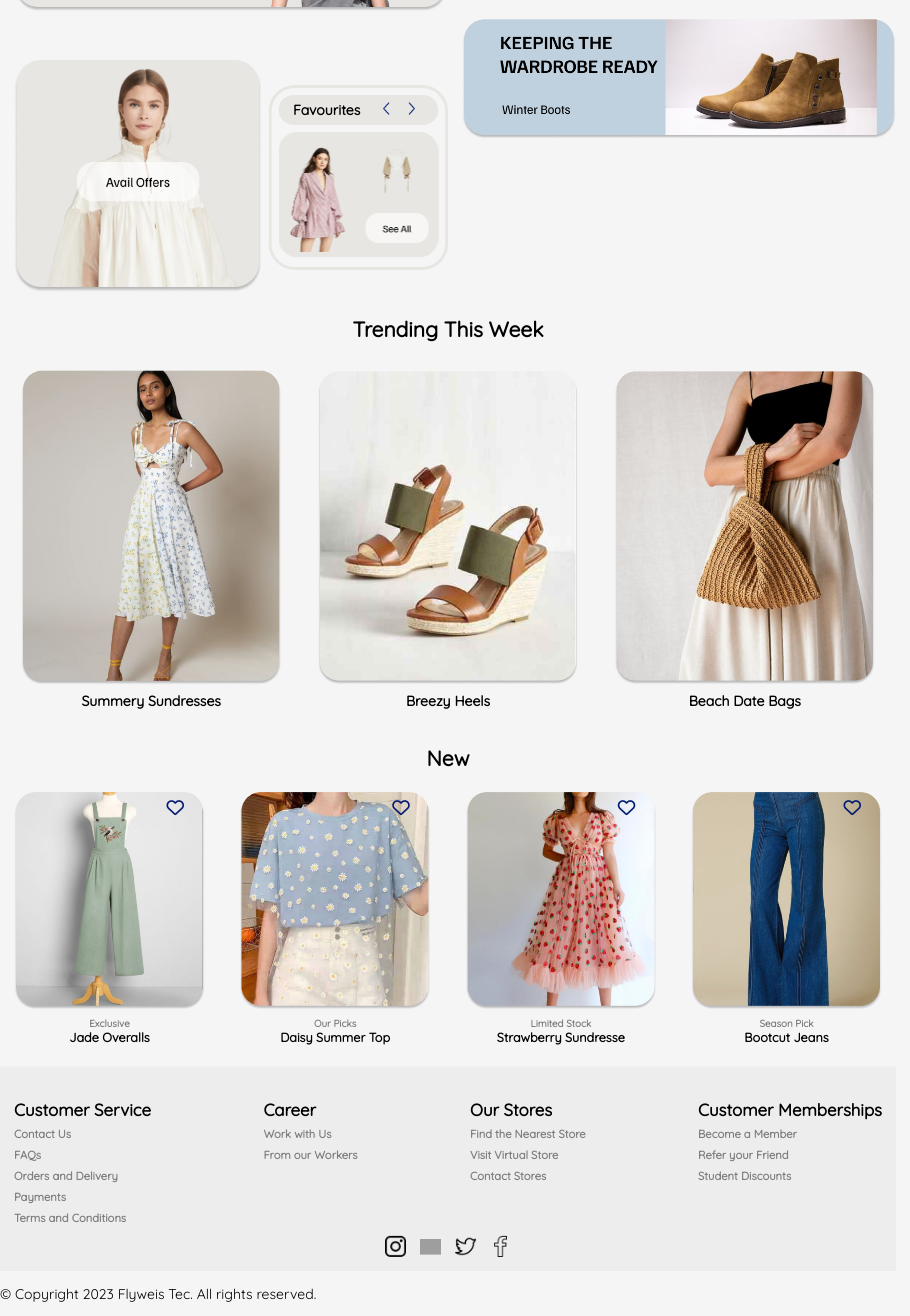
Repository: FlyweisReact/Jaspal
Page: /homepage
An editor plug-in stored every save of this project. The page is shown before and after a run of saves, followed by the edit.
The browser window is 1280 px wide. The page is 1300 px wide, so the pictures cover 1300 px, including what lies to the right of the window. The pictures show the part of the page from y = 702 to 2582 px (the page is 2582 px tall before and 2569 px after), at 70% of full size.
Pictures or frames that could not be fetched are drawn as grey boxes. Some web libraries are served in a nearby version. The project was rebuilt for these pictures with package versions that can differ from the ones it lists, and the page was loaded fresh each time. Also part of the build but not shown: src/Pages/Login/Login.js.

Above is the page before, as saved 2023-08-19 12:32:53.

### public/index.html
<!-- @format -->

<!DOCTYPE html>
<html lang="en">
  <head>
    <meta charset="utf-8" />
    <link rel="icon" href="%PUBLIC_URL%/favicon.ico" />
    <meta name="viewport" content="width=device-width, initial-scale=1" />
    <meta name="theme-color" content="#000000" />
    <meta
      name="description"
      content="Web site created using create-react-app"
    />
    <link rel="apple-touch-icon" href="%PUBLIC_URL%/logo192.png" />
    <link rel="manifest" href="%PUBLIC_URL%/manifest.json" />
    <link rel="preconnect" href="https://fonts.googleapis.com">
    <link rel="preconnect" href="https://fonts.gstatic.com" crossorigin>
    <link href="https://fonts.googleapis.com/css2?family=Quicksand&display=swap" rel="stylesheet">
    <title>React App</title>
  </head>
  <body>
    <noscript>You need to enable JavaScript to run this app.</noscript>
    <div id="root"></div>
    <script src="https://kit.fontawesome.com/b533b351e4.js" crossorigin="anonymous"></script>
  </body>
</html>

### src/index.js
import React from 'react';
import ReactDOM from 'react-dom/client';
import './index.css';
import App from './App';
import "slick-carousel/slick/slick.css";
import "slick-carousel/slick/slick-theme.css";

const root = ReactDOM.createRoot(document.getElementById('root'));
root.render(
  <React.StrictMode>
    <App />
  </React.StrictMode>
);

### src/index.css
/** @format */

body {
  margin: 0;
  font-family: Quicksand !important;
  -webkit-font-smoothing: antialiased;
  -moz-osx-font-smoothing: grayscale;
  background-color: #F5F5F5;
}

code {
  font-family: Quicksand !important;
}

html {
  font-family: Quicksand !important;
}

### src/App.js
/** @format */

import React from "react";
import { BrowserRouter, Route, Routes } from "react-router-dom";
import Login from "./Pages/Login/Login";
import Homepage from "./Pages/Homepage/Homepage";
import Footer from "./Navbar/Footer";
import Navbar from "./Navbar/Navbar";


// CSS
import "./CSS/Normal.css";
import "./CSS/Navbar.css";
import './CSS/Footer.css'
import Copyright from "./Component/copyright/Copyright";
const App = () => {
  return (
    <>
      <BrowserRouter>
        <Navbar />
        <Routes>
          <Route path="/" element={<Login />} />
          <Route path="/homepage" element={<Homepage />} />
        </Routes>
        <Footer />
        <Copyright />
      </BrowserRouter>
    </>
  );
};

export default App;

### src/Pages/Homepage/Homepage.js
/** @format */

import React from "react";
import Filter from "../../Component/Homecomp/Filter";
import FullWidthProduct from "../../Component/Homecomp/FullWidthProduct";
import OfferProduct from "../../Component/Homecomp/OfferProduct";
import TrendingProduct from "../../Component/Homecomp/TrendingProduct";

const Homepage = () => {
  return (
    <div className="Home-Page">
      <Filter />
      <OfferProduct />
      <p className="Heading-all">Trending This Week</p>
      <TrendingProduct />
      <p className="Heading-all">New</p>
      <FullWidthProduct />
    </div>
  );
};

export default Homepage;

### src/Navbar/Footer.js
/** @format */

import React from "react";

const Footer = () => {
  return (
    <div className="Footer-Div">
      <div className="container">
        <ul className="four-cont">
          <ul>
            <li className="head">Customer Service</li>
            <li>Contact Us</li>
            <li>FAQs</li>
            <li>Orders and Delivery</li>
            <li>Payments</li>
            <li>Terms and Conditions</li>
          </ul>
          <ul>
            <li className="head">Career</li>
            <li>Work with Us</li>
            <li>From our Workers</li>
          </ul>
          <ul>
            <li className="head">Our Stores</li>
            <li>Find the Nearest Store</li>
            <li>Visit Virtual Store</li>
            <li>Contact Stores</li>
          </ul>
          <ul>
            <li className="head">Customer Memberships</li>
            <li>Become a Member</li>
            <li>Refer your Friend</li>
            <li>Student Discounts</li>
          </ul>
        </ul>

        <div className="social-links">
          <img src="/Image/20.png" alt="" />
          <img src="/Image/21.png" alt="" />
          <img src="/Image/22.png" alt="" />
          <img src="/Image/23.png" alt="" />
        </div>
      </div>
    </div>
  );
};

export default Footer;

### src/Navbar/Navbar.js
/** @format */

import React from "react";

const Navbar = () => {
  return (
    <div className="Navbar">
      <div className="logo">BRAND LOGO</div>

      <div className="container">
        <i className="fa-solid fa-bars"></i>

        <div className="search-bar">
          <input type="search" placeholder="Search" />
          <i className="fa-solid fa-magnifying-glass"></i>
        </div>

       <div className="Right-Container">
       <div className="Item Item1">
          <i class="fa-regular fa-bell"></i>
        </div>

        <div className="Item Item2">
          <i className="fa-solid fa-cart-shopping"></i>
          <p>Cart</p>
        </div>

        <div className="Item Item3">
        <img src='/Image/3.png' alt='' />
          <p>Hi, AXY!</p>
        </div>

       </div>
      </div>
    </div>
  );
};

export default Navbar;

### src/CSS/Normal.css
/**
 * Login Page
 *
 * @format
 */

.Login-Page {
  min-height: 100vh;
  background-image: url("../../public/Image/1.png");
  width: 100%;
  background-position: center;
  background-repeat: no-repeat;
  background-size: cover;
  position: relative;
}
.Login-Page .Login-Div {
  max-width: 600px;
  width: 100%;
  display: block;
  margin: auto;
  position: absolute;
  top: 50%;
  left: 50%;
  transform: translate(-50%, -50%);
}
.Login-Page .Login-Div .logo {
  color: #000;
  font-size: 30px;
  font-style: normal;
  font-weight: 700;
  line-height: normal;
  margin: 0;
  text-align: center;
  margin-bottom: 10px;
}

.Login-Page .Login-Div .container {
  border-radius: 16px;
  background: #fff;
  padding: 16px;
}
.Login-Page .Login-Div .container .head {
  color: #000;
  font-size: 25px;
  font-style: normal;
  font-weight: 700;
  text-align: center;
  line-height: normal;
}
.Login-Page .Login-Div .container input {
  max-width: 400px;
  width: 100%;
  display: block;
  margin: auto;
  padding: 10px;
  border-radius: 8px;
  border: 1px solid #b9b9b9;
  outline: none;
  font-size: 16px;
  font-family: Quicksand;
  background: #fff;
  box-shadow: 8px 4px 20px 0px rgba(0, 0, 0, 0.3);
  margin-top: 20px;
}

.Login-Page .Login-Div .container .forget-password {
  max-width: 400px;
  width: 100%;
  text-align: right;
  display: block;
  margin: auto;
  margin-top: 10px;
  color: #f00;
  font-weight: 600;
  cursor: pointer;
}

.Login-Page .Login-Div .container .login-button {
  max-width: 400px;
  width: 100%;
  border-radius: 8px;
  border: 1px solid #b9b9b9;
  background: #cbc273;
  padding: 10px;
  display: block;
  margin: auto;
  margin-top: 40px;
  font-family: Quicksand;
  color: #f5f5f5;
  font-size: 20px;
  font-weight: bold;
  cursor: pointer;
  box-shadow: 8px 4px 20px 0px rgba(0, 0, 0, 0.3);
}
.Login-Page .Login-Div .container .signup-button {
  max-width: 400px;
  width: 100%;
  border-radius: 8px;
  padding: 10px;
  display: block;
  margin: auto;
  margin-top: 10px;
  font-family: Quicksand;
  color: #cbc273;
  font-size: 20px;
  font-weight: bold;
  cursor: pointer;
  border: none;
  background-color: transparent;
}

.Login-Page .Login-Div .container .three-img {
  display: flex;
  justify-content: center;
  align-items: center;
  gap: 20px;
  margin-bottom: 40px;
}

.Filter-Category {
  display: flex;
  justify-content: space-between;
  align-items: center;
  padding: 20px;
  max-width: 1400px;
  margin: auto;
}
.Filter-Category .center {
  width: 40%;
  display: flex;
  justify-content: flex-end;
  gap: 20px;
}
.Filter-Category .center button {
  display: flex;
  width: 120px;
  justify-content: center;
  align-items: center;
  gap: 10px;
  border: 1px solid #b9b9b9;
  border-radius: 10px;
  background: #b9b9b9;
  gap: 10px;
  padding: 10px;
  color: #fff;
  cursor: pointer;
}
.Filter-Category .center button.active {
  background-color: #cbc273;
  border: 1px solid #cbc273;
}
.Filter-Category .center button img {
  width: 20px;
  height: 20px;
}
.Filter-Category .center button svg {
  font-size: 20px;
}
.Filter-Category .center button i {
  font-size: 20px;
}
.Filter-Category .center button span {
  color: #f5f5f5;
  text-align: center;
  font-family: Quicksand;
  font-size: 18px;
  font-style: normal;
  font-weight: 600;
  line-height: normal;
}

.Filter-Category .right {
  width: 10%;
  display: flex;
  justify-content: flex-end;
  gap: 20px;
}
.Filter-Category .right button {
  display: flex;
  min-width: 150px;
  max-width: 180px;

  justify-content: center;
  align-items: center;
  gap: 10px;
  border-radius: 10px;
  gap: 10px;
  padding: 10px;
  color: #fff;
  cursor: pointer;
  background-color: #cbc273;
  border: 1px solid #cbc273;
}

.Filter-Category .right button i {
  font-size: 20px;
}
.Filter-Category .right button span {
  color: #f5f5f5;
  text-align: center;
  font-family: Quicksand;
  font-size: 18px;
  font-style: normal;
  font-weight: 600;
  line-height: normal;
}

.offer-products {
  display: flex;
  justify-content: space-between;
  padding: 20px;
  max-width: 1400px;
  margin: auto;
}
.offer-products .left-container {
  width: 50%;
}
.offer-products .left-container .img-container {
  width: 100%;
  height: 267px;
  background-image: url("../../public/Image/4.png");
  background-size: contain;
  background-repeat: no-repeat;
  border-radius: 50px;
}
.offer-products .left-container .img-container h5 {
  color: #000;
  text-align: center;
  font-family: Quicksand;
  font-size: 28px;
  font-style: normal;
  font-weight: bold;
  line-height: normal;
  margin: 0;
  padding-top: 40px;
  margin-bottom: 20px;
}
.offer-products .left-container .img-container button {
  width: 150px;
  padding: 10px;
  color: #8d8d8d;
  text-align: center;
  font-family: Quicksand;
  font-size: 20px;
  font-style: normal;
  font-weight: 600;
  line-height: normal;
  background-color: #fff;
  border: 1px solid #fff;
  border-radius: 50px;
  display: block;
  margin: auto;
}

.offer-products .left-container .img-container-2 {
  background-image: url("../../public/Image/5.png");
}

.offer-products .left-container .img-container-2 h5 {
  text-align: left;
  color: #7e7e7e;
  padding-left: 40px;
}
.offer-products .left-container .img-container-2 button {
  margin-left: 40px;
}

.offer-products .left-container .two-sec {
  display: flex;
  justify-content: space-between;
  align-items: center;
  gap: 10px;
}
.offer-products .left-container .two-sec .left {
  max-width: 365px;
}
.offer-products .left-container .two-sec .left img {
  max-width: 100%;
}
.offer-products .left-container .two-sec .right {
  border-radius: 37px;
  border: 4px solid #e7e6e2;
  background: rgba(217, 217, 217, 0);
  width: 40%;
}

.Favorite-slider {
  padding: 10px;
}
.Favorite-slider .Prev-Next_cont {
  width: 100%;
  margin-bottom: 10px;
  display: flex;
  background-color: #e7e6e2;
  border-radius: 50px;
  justify-content: space-evenly;
  align-items: center;
}
.Favorite-slider .Prev-Next_cont span {
  color: #000;
  text-align: center;
  font-size: 20px;
  font-style: normal;
  font-weight: 800;
  line-height: normal;
}
.Favorite-slider .Prev-Next_cont img {
  cursor: pointer;
}
.Fav-Slide {
  width: 100%;
}
.Fav-Slide .Main {
  width: 100%;
}
.Fav-Slide .Main img {
  width: 100%;
}
.Fav-Slide .slick-arrow {
  display: none !important;
}

.offer-products .right-container {
  width: 50%;
}

.offer-products .right-container .product-container {
  display: flex;
  justify-content: space-between;
  gap: 20px;
  align-items: flex-end;
  padding: 20px;
}
.offer-products .right-container .product-container .Main {
  background-color: #fff;
  width: 45%;
  padding: 10px;
  border-radius: 20px;
}
.offer-products .right-container .product-container .Main .fa-heart {
  display: flex;
  justify-content: flex-end;
  font-size: 20px;
  color: #001a72;
}
.offer-products .right-container .product-container .Main img {
  max-width: 100%;
  display: block;
  margin: auto;
}
.offer-products .right-container .product-container .Main .pick {
  color: #7e7e7e;
  font-size: 16px;
  font-style: normal;
  font-weight: 600;
  line-height: normal;
  margin: 0;
}
.offer-products .right-container .product-container .Main .desc {
  display: flex;
  justify-content: space-between;
  align-items: flex-start;
  gap: 10px;
}
.offer-products .right-container .product-container .Main .desc span {
  color: #000;
  font-size: 18px;
  font-style: normal;
  font-weight: 600;
  line-height: normal;
  max-width: 70%;
}
.offer-products .right-container .product-container .Main .desc button {
  max-width: 30%;
  width: 120px;
  border: 1px solid #cbc273;
  background-color: #cbc273;
  border-radius: 50px;
  color: #fff;
  text-align: center;
  font-size: 18px;
  padding: 10px;
  cursor: pointer;
  font-style: normal;
  font-weight: 600;
  font-family: Quicksand;
  line-height: normal;
}

.offer-products .right-container .img-container {
  width: 100%;
  padding: 20px;
}
.offer-products .right-container .img-container img {
  max-width: 100%;
  display: block;
  margin: auto;
}

.Heading-all {
  color: #000;
  text-align: center;
  font-size: 30px;
  font-style: normal;
  font-weight: 700;
  line-height: normal;
  margin: 0;
  padding: 10px;
}

.Trending-Product {
  padding: 20px;
  max-width: 1400px;
  margin: auto;
  display: flex;
  justify-content: space-between;
  align-items: center;
  flex-wrap: wrap;
}
.Trending-Product .Main {
  width: 30%;
  padding: 10px;
}
.Trending-Product .Main img {
  max-width: 100%;
  display: block;
  margin: auto;
}
.Trending-Product .Main p {
  color: #000;
  font-family: Inter;
  font-size: 20px;
  font-style: normal;
  font-weight: 700;
  padding: 10px;
  line-height: normal;
  text-align: center;
  font-family: Quicksand;
  margin: 0;
}

.full-width-product {
  padding: 20px;
  display: flex;
  max-width: 1400px;
  margin: auto;
  flex-wrap: wrap;
  align-items: center;
  gap: 20px;
  justify-content: space-between;
}
.full-width-product .Main {
  width: 22%;
}
.full-width-product .Main .img-container {
  width: 100%;
  position: relative;
}
.full-width-product .Main .img-container img {
  max-width: 100%;
  display: block;
  margin: auto;
}
.full-width-product .Main .img-container .fa-heart {
  position: absolute;
  top: 10px;
  right: 30px;
  font-size: 25px;
  color: #001a72;
  z-index: 2;
  cursor: pointer;
}

.full-width-product .Main .product-desc {
  padding: 10px;
}
.full-width-product .Main .product-desc p {
  margin: 0;
  text-align: center;
  max-width: 100%;
}
.full-width-product .Main .product-desc .light {
  color: #7e7e7e;
  font-size: 14px;
  font-style: normal;
  font-weight: 700;
  line-height: normal;
}
.full-width-product .Main .product-desc .title {
  color: #000;
  font-size: 18px;
  font-style: normal;
  font-weight: 700;
  line-height: normal;
}

### src/CSS/Navbar.css
/** @format */

.Navbar {
  padding: 10px;
  background-color: #fff;
}
.Navbar .logo {
  color: #000;
  font-size: 30px;
  font-style: normal;
  font-weight: 700;
  line-height: normal;
  text-align: center;
  max-width: 1400px;
  margin: auto;
}
.Navbar .container {
  display: flex;
  justify-content: space-between;
  padding: 20px;
  max-width: 1400px;
  margin: auto;
  align-items: center;
}
.Navbar .container .fa-bars {
  font-size: 25px;
  cursor: pointer;
  color: #8d8d8d;
  font-weight: bold;
}

.Navbar .container .search-bar {
  display: flex;
  width: 60%;
  border-radius: 24px;
  background: #fff;
  box-shadow: 12px 5px 65px 0px rgba(0, 0, 0, 0.18);
  justify-content: space-between;
  align-items: center;
  padding: 15px;
  padding-right: 20px;
}
.Navbar .container .search-bar input {
  width: 90%;
  border: none;
  outline: none;
  font-family: Quicksand;
  font-weight: 900;
}

.Navbar .container .Item {
  border-radius: 16px;
  background: #cbc273;
  display: flex;
  justify-content: center;
  align-items: center;
  min-width: 20px;
  gap: 10px;
  height: 50px;
  cursor: pointer;
}
.Navbar .container .Item i {
  color: #fff;
}
.Navbar .container .Item p {
  color: #fff;
  font-size: 16px;
  font-weight: 600;
}

.Navbar .container .Item2 {
  width: 120px;
  height: 50px;
}
.Navbar .container .Item1 {
  width: 50px;
}
.Navbar .container .Item3 {
  width: 150px;
  height: 50px;
}
.Navbar .container .Item img {
  width: 40px;
  height: 40px;
}
.Navbar .container .Right-Container {
  display: flex;
  gap: 10px;
}

### src/CSS/Footer.css
/** @format */

.Footer-Div {
  background: #ededed;
}
.Footer-Div .container {
  max-width: 1400px;
  margin: auto;
  padding: 20px;
}
.Footer-Div .container ul {
  padding-left: 0;
  list-style: none;
}
.Footer-Div .container ul li {
  padding-left: 0;
}
.Footer-Div .container ul li.head {
  color: #000;
  font-size: 24px;
  font-style: normal;
  font-weight: 600;
  line-height: normal;
}

.Footer-Div .container ul li {
  color: #7e7e7e;
  font-size: 16px;
  font-style: normal;
  font-weight: 700;
  line-height: normal;
  padding-top: 10px;
}
.Footer-Div .container .four-cont {
  display: flex;
  justify-content: space-between;
  gap: 20px;
  align-items: flex-start;
}
.Footer-Div .container .social-links {
  display: flex;
  justify-content: center;
  gap: 20px;
  align-items: center;
}
.Footer-Div .container .social-links img {
  width: 30px;
  cursor: pointer;
}

.copy-right {
  max-width: 1400px;
  margin: auto;
}
.copy-right p {
  color: #000;
  font-size: 20px;
  font-style: normal;
  font-weight: 400;
  line-height: normal;
}

### src/Component/copyright/Copyright.js
import React from 'react'

const Copyright = () => {
  return (
    <div className='copy-right'>
        <p>© Copyright 2023 Flyweis Tec. All rights reserved.</p>
    </div>
  )
}

export default Copyright

### src/Component/Homecomp/Filter.js
/** @format */

import React from "react";
import { BsGrid } from "react-icons/bs";

const Filter = () => {
  return (
    <div className="Filter-Category">
      <div className="left"></div>
      <div className="center">
        <button className="active">
          <BsGrid />
          <span>All</span>
        </button>
        <button>
          <i className="fa-solid fa-person-dress"></i>
          <span>Women</span>
        </button>
        <button>
          <i className="fa-solid fa-person"></i>
          <span>Women</span>
        </button>
        <button>
          <i className="fa-solid fa-child"></i>
          <span>Kids</span>
        </button>
      </div>
      <div className="right">
        <button>
          <span>Filter & Sort</span>
          <i className="fa-solid fa-sliders" />
        </button>
      </div>
    </div>
  );
};

export default Filter;

### src/Component/Homecomp/FullWidthProduct.js
/** @format */

import React from "react";

const FullWidthProduct = () => {
  const data = [
    {
      img: "/Image/16.png",
      light: "Exclusive",
      title: "Jade Overalls",
    },
    {
      img: "/Image/17.png",
      light: "Our Picks",
      title: "Daisy Summer Top",
    },
    {
      img: "/Image/18.png",
      light: "Limited Stock",
      title: "Strawberry Sundresse",
    },
    {
      img: "/Image/19.png",
      light: "Season Pick",
      title: "Bootcut Jeans",
    },
  ];

  return (
    <div className="full-width-product">
      {data.map((i, index) => (
        <div className="Main" key={index}>
          <div className="img-container">
            <i className="fa-sharp fa-regular fa-heart"></i>
            <img src={i.img} alt="" />
          </div>
          <div className="product-desc">
            <p className="light">{i.light}</p>
            <p className="title"> {i.title} </p>
          </div>
        </div>
      ))}
    </div>
  );
};

export default FullWidthProduct;

### src/Component/Homecomp/TrendingProduct.js
import React from 'react'

const TrendingProduct = () => {
  return (
    <div className='Trending-Product'>
        <div className='Main'>
            <img src='/Image/13.png' alt='' />
            <p>Summery Sundresses</p>
        </div>
        <div className='Main'>
            <img src='/Image/14.png' alt='' />
            <p>Breezy Heels</p>
        </div>
        <div className='Main'>
            <img src='/Image/15.png' alt='' />
            <p>Beach Date Bags</p>
        </div>
    </div>
  )
}

export default TrendingProduct

### src/Component/Homecomp/FavouritesSlide.js
/** @format */

import { useRef } from "react";
import Slider from "react-slick";

const FavouritesSlide = () => {
  const sliderRef = useRef(null);
  const settings = {
    dots: false,
    infinite: false,
    speed: 500,
    slidesToShow: 1,
    slidesToScroll: 1,
    autoplay: false,
  };

  const nextSlide = () => {
    sliderRef.current.slickNext();
  };

  const prevSlide = () => {
    sliderRef.current.slickPrev();
  };
  return (
    <div className="Favorite-slider">
      <div className="Prev-Next_cont">
        <span>Favourites</span>
        <div>
          <img src="/Image/8.png" alt="" onClick={prevSlide} />
          <img src="/Image/9.png" alt="" onClick={nextSlide} />
        </div>
      </div>
      <Slider {...settings} className="Fav-Slide" ref={sliderRef}>
        <div className="Main">
          <img src="/Image/7.png" alt="" />
        </div>
        <div className="Main">
          <img src="/Image/7.png" alt="" />
        </div>
        <div className="Main">
          <img src="/Image/7.png" alt="" />
        </div>
      </Slider>
    </div>
  );
};

export default FavouritesSlide;

Loaded but not shown: src/Component/Homecomp/OfferProduct.js (65 lines, source omitted)

After the next 3 saves:
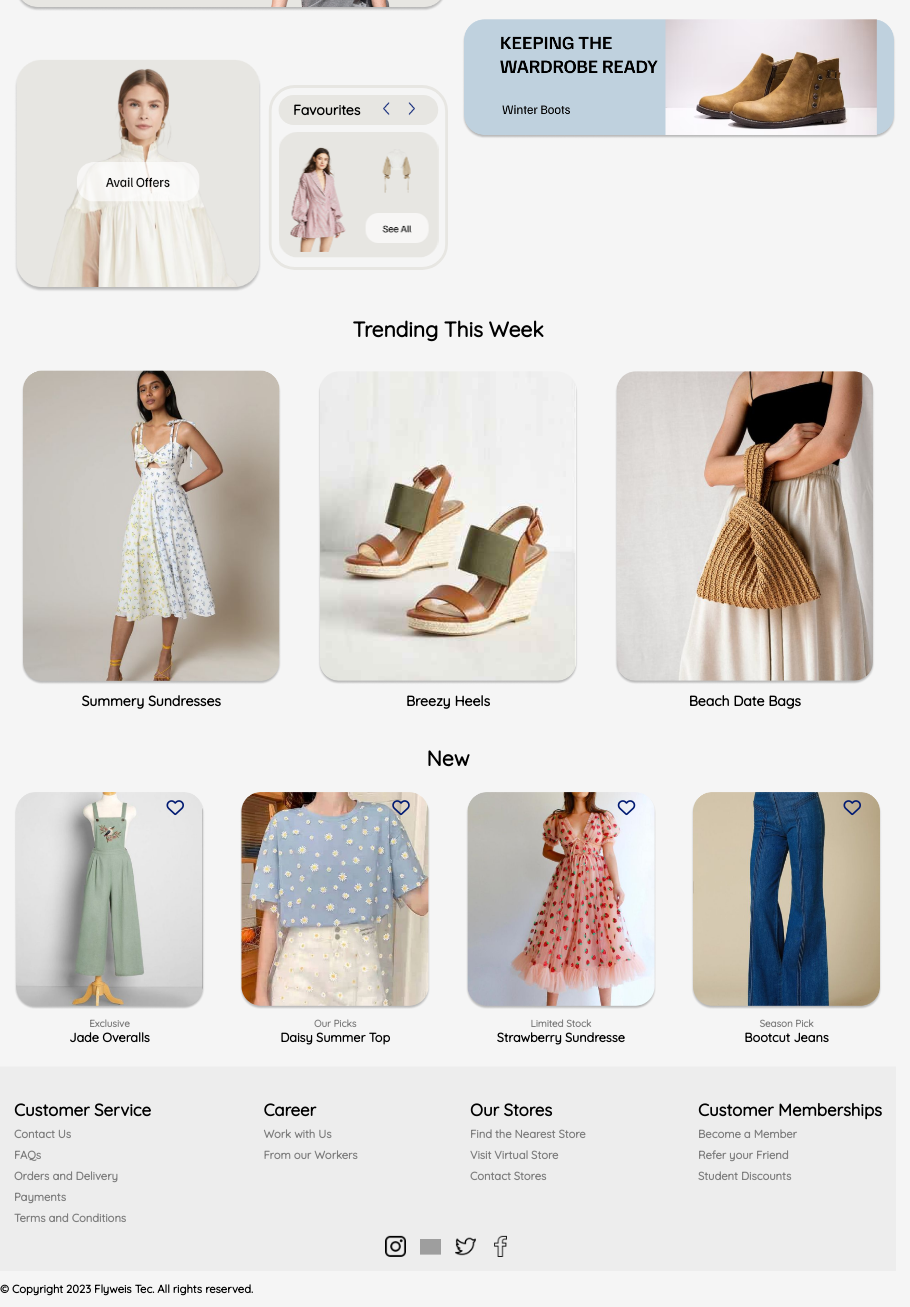
The 3 saves are shown as one change because they came seconds apart.
The last was saved 11 s later.
--- a/src/CSS/Footer.css
+++ b/src/CSS/Footer.css
@@ -54,8 +54,8 @@
 }
 .copy-right p {
   color: #000;
-  font-size: 20px;
+  font-size: 16px;
   font-style: normal;
-  font-weight: 400;
+  font-weight: 800;
   line-height: normal;
 }
